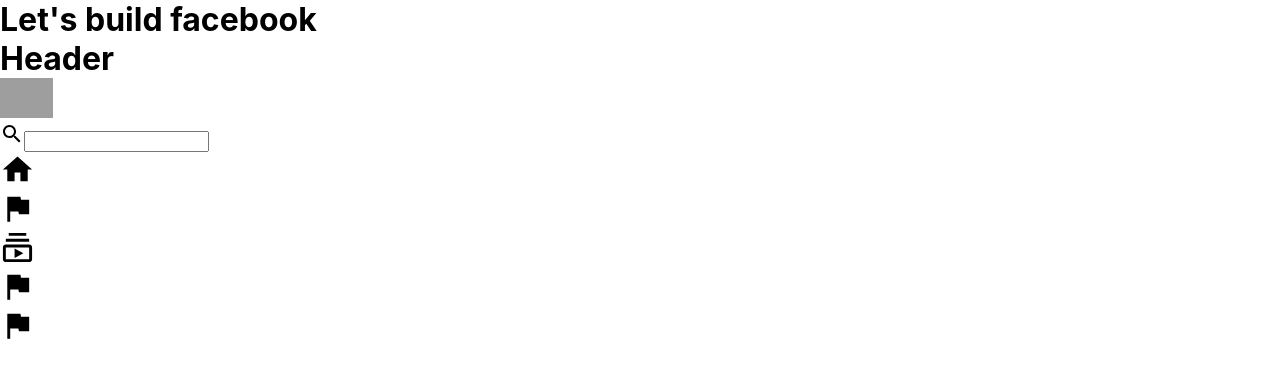
Repository: exiled-kal/FaceBook
Page: /
The author's editor kept a copy of each file at every save. The page is drawn from the files as they stood at one save, then again after a run of saves.
The browser window is 1280 px wide. The pictures show the whole page.
Pictures or frames that could not be fetched are drawn as grey boxes. The project was rebuilt for these pictures with package versions that can differ from the ones it lists, and the page was loaded fresh each time. Also part of the build but not shown: src/App.css.

Above is the page before, as saved 2020-08-29 21:37:49.

### src/App.js
import React from 'react';
import './App.css';
import Header from './Header';

function App() {
  return (
    <div className="app">
      <h1>Let's build facebook</h1>

      {/* Header */}
      <Header />
      {/* App Body */}
      {/* SideBar */}
      {/* Feed */}
      {/* Widget */}
    </div>
  );
}

export default App;

### src/Header.js
import React from 'react';
import './Header.css';
import SearchIcon from '@material-ui/icons/Search';
import HomeIcon from '@material-ui/icons/Home';
import FlagIcon from '@material-ui/icons/Flag';
import SubscriptionOutlinedIcon from '@material-ui/icons/SubscriptionsOutlined';
import StorefrontOutlinedIcon from '@material-ui/icons/StorefrontOutlined';
import SupervisedUserCircleIcon from '@material-ui/icons/SupervisedUserCircle';

function Header() {
  return (
    <div className="header">
      <h1>Header</h1>
      <div className="header__left">
        <img
          src="https://facebookbrand.com/wp-content/uploads/2019/04/f_logo_RGB-Hex-Blue_512.png?w=512&h=512"
          alt=""
        />
        <div className="header__input">
          <SearchIcon />
          <input type="text" />
        </div>
      </div>

      <div className="header__middle">
        <div className="header__option">
          <HomeIcon fontSize="large" />
        </div>
        <div className="header__option">
          <FlagIcon fontSize="large" />
        </div>
        <div className="header__option">
          <SubscriptionOutlinedIcon fontSize="large" />
        </div>
        <div className="header__option">
          <FlagIcon fontSize="large" />
        </div>
        <div className="header__option">
          <FlagIcon fontSize="large" />
        </div>
      </div>

      <div className="header__right"></div>
    </div>
  );
}

export default Header;

### src/Header.css
.header__left > img {
  height: 40px;

}

Loaded but not shown: public/index.html (common file); src/index.js (common file); src/index.css (common file); src/serviceWorker.js (common file)

After the next 2 saves:
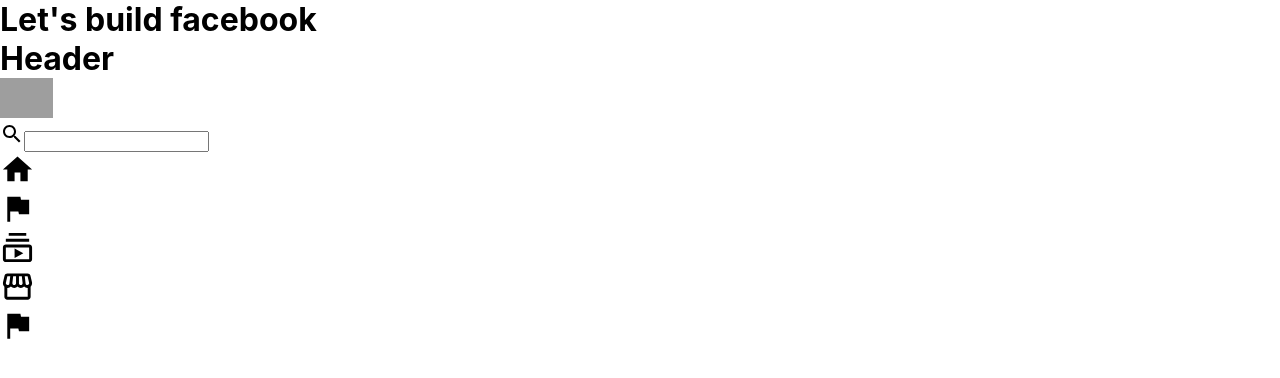
The 2 saves are shown as one change because they came seconds apart.
The last was saved 9 s later.
--- a/src/Header.js
+++ b/src/Header.js
@@ -33,7 +33,7 @@
           <SubscriptionOutlinedIcon fontSize="large" />
         </div>
         <div className="header__option">
-          <FlagIcon fontSize="large" />
+          <StorefrontOutlinedIcon fontSize="large" />
         </div>
         <div className="header__option">
           <FlagIcon fontSize="large" />
